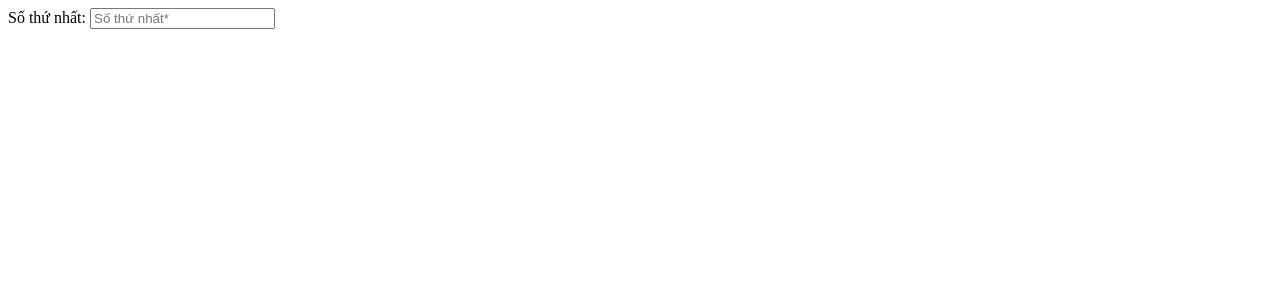
Repository: dovanthao2404/BC14_BaiTap_JS_Buoi_4_dovanthao
Page: html/bai1.html
These files come from the project's save history. The page is drawn as it stood at one moment and after the next save; the edit follows.
The browser window is 1280 px wide. The pictures show the whole page.

Above is the page before, as saved 2021-07-02 00:25:22.

### html/bai1.html
<!DOCTYPE html>
<html lang="en">

<head>
  <meta charset="UTF-8">
  <meta http-equiv="X-UA-Compatible" content="IE=edge">
  <meta name="viewport" content="width=device-width, initial-scale=1.0">
  <title>Document</title>
</head>

<body>
  <div class="container">
    <form class="w-50 mx-auto">
      <div class="form-group">
        <label for="number-1">Số thứ nhất: </label>
        <input type="text" name="" id="number-1" class="form-control" placeholder="Số thứ nhất*">
      </div>
    </form>
  </div>
</body>

</html>

After the next save:
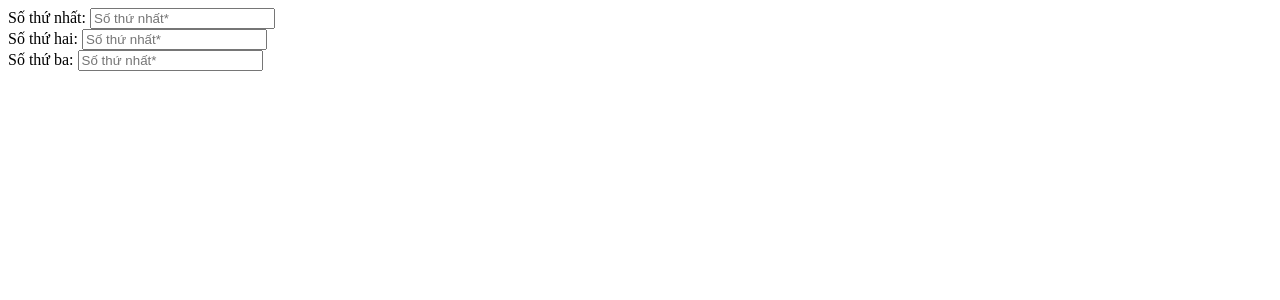
Saved 24 s later.
--- a/html/bai1.html
+++ b/html/bai1.html
@@ -15,6 +15,14 @@
         <label for="number-1">Số thứ nhất: </label>
         <input type="text" name="" id="number-1" class="form-control" placeholder="Số thứ nhất*">
       </div>
+      <div class="form-group">
+        <label for="number-1">Số thứ hai: </label>
+        <input type="text" name="" id="number-1" class="form-control" placeholder="Số thứ nhất*">
+      </div>
+      <div class="form-group">
+        <label for="number-1">Số thứ ba: </label>
+        <input type="text" name="" id="number-1" class="form-control" placeholder="Số thứ nhất*">
+      </div>
     </form>
   </div>
 </body>
